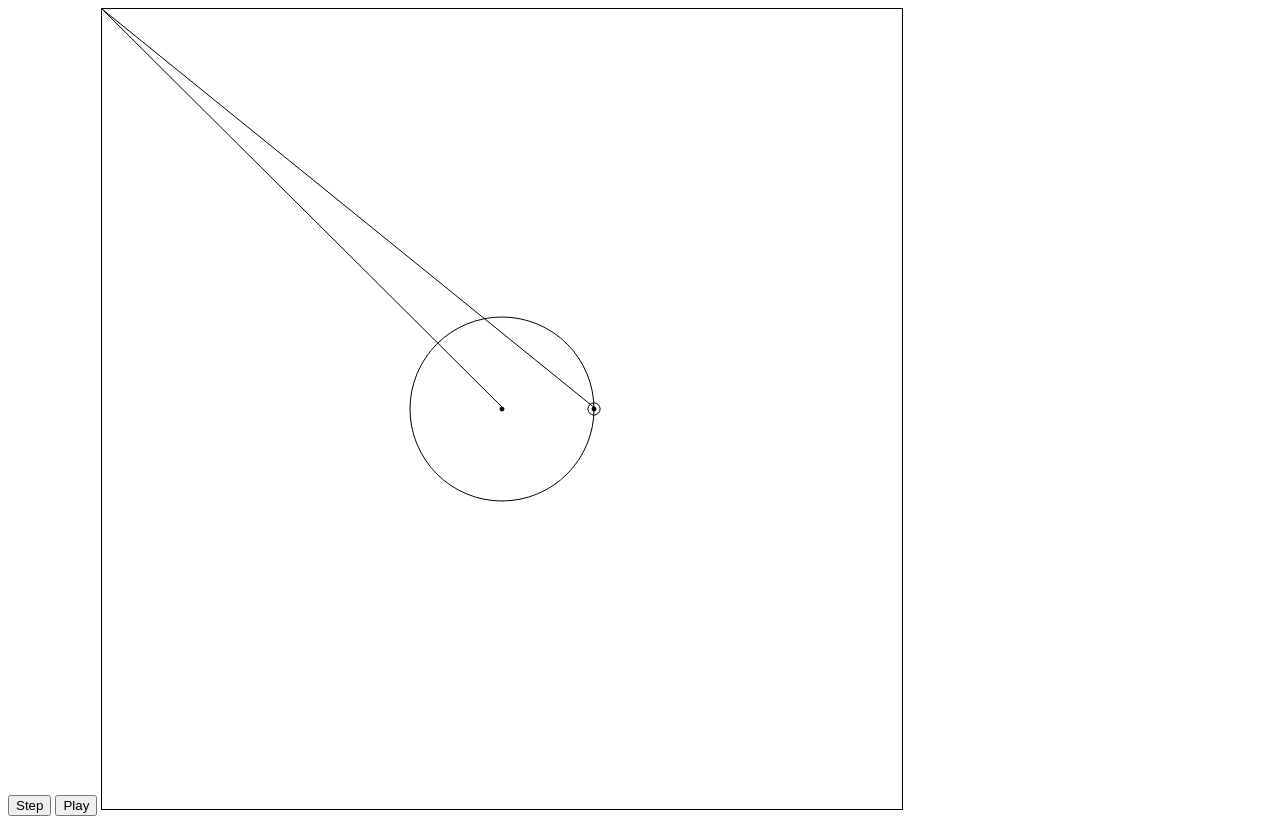
Repository: blahnikkai/n-body-simulation
Page: index.html
An editor plug-in stored every save of this project. The page is shown before and after a run of saves, followed by the edit.
The browser window is 1280 px wide. The pictures show the whole page.

Above is the page before, as saved 2024-02-22 16:13:32.

### index.html
<!DOCTYPE html>
<html lang="en">
    <head>
        <meta charset="UTF-8" />
        <meta name="viewport" content="width=device-width, initial-scale=1.0" />
        <title>Document</title>
        <link rel="stylesheet" href="styles.css">
        <script src="script.js" defer></script>
    </head>
    <body>
        <button id="step">Step</button>
        <button id="play">Play</button>
        <canvas id="canvas" width="800" height="800">
    </body>
</html>

### styles.css
canvas {
    background-color: white;
    border: 1px solid black;
}

html {
    background-color: white;
}

### script.js
const G = 6.67e-11
const DIST_SCALE = 1000000
const TIME_SCALE = 5
const FRAMERATE = 60

class Vector {
    constructor(x, y) {
        this.x = x
        this.y = y
    }
}

function norm(vec) {
    return Math.hypot(vec.x, vec.y)
}

function add(vec1, vec2) {
    return new Vector(vec1.x + vec2.x, vec1.y + vec2.y)
}

function scale(scalar, vec) {
    return new Vector(scalar * vec.x, scalar * vec.y)
}

function sub(vec1, vec2) {
    return add(vec1, scale(-1, vec2))
}

function dist(vec1, vec2) {
    return norm(sub(vec1, vec2))
}

class Body {

    constructor(mass, pos, vel) {
        this.mass = mass
        this.pos = pos
        this.vel = vel
        this.acc = new Vector(0, 0)
    }

    integrate() {
        // do i need "this."
        // console.log('starting integrate')
        // console.log(`vel = ${this.vel}`)
        // console.log(`pos = ${this.pos}`)
        this.vel = add(this.vel, scale(TIME_SCALE / FRAMERATE, this.acc))
        this.pos = add(this.pos, scale(TIME_SCALE / FRAMERATE, this.vel))
        // console.log('ending integrate')
        // console.log(`vel = ${this.vel}`)
        // console.log(`pos = ${this.pos}`)
    }

    interact(body2) {
        const d = dist(this.pos, body2.pos)
        const acc_mag = G * body2.mass / Math.pow(d, 2)
        const diff = sub(body2.pos, this.pos)
        // console.log(`in interact, diff = `)
        // console.log(diff)
        const unit = scale(1 / norm(diff), diff)
        const acc = scale(acc_mag, unit)
        this.acc = add(this.acc, acc)
    }
}

function main() {
    canvas = document.getElementById('canvas')
    const ctx = canvas.getContext('2d')
    let bodies = []
    let pause = true
    // sun
    bodies.push(new Body(1.99e33, new Vector(400 * DIST_SCALE, 400 * DIST_SCALE), new Vector(0, 0)))
    // earth
    // const v_earth = -37983549.0706
    bodies.push(new Body(5.97e29, new Vector((400 + 92) * DIST_SCALE, 400 * DIST_SCALE), new Vector(0, -37983549.0706)))
    // moon ?!
    // bodies.push(new Body(7.35e22, new Vector((400 + 92 - 6.1) * DIST_SCALE, 400 * DIST_SCALE), new Vector(0, -37983549.0706 - 1.5 * 2555031)))
    canvas.addEventListener('click', (e) => {
        const rect = e.target.getBoundingClientRect()
        const x = e.clientX - rect.left
        const y = e.clientY - rect.top
        const body = new Body(1_000_000, new Vector(DIST_SCALE * x, DIST_SCALE * y), new Vector(0, 0))
        console.log('clicked')
        bodies.push(body)
    })
    const step = () => {
        for(let i = 0; i < bodies.length; ++i) {
            bodies[i].acc = new Vector(0, 0)
        }
        for(let i = 0; i < bodies.length; ++i) {
            for(let j = i + 1; j < bodies.length; ++j) {
                bodies[i].interact(bodies[j])
                bodies[j].interact(bodies[i])
            }
        }
        for(let i = 0; i < bodies.length; ++i) {
            bodies[i].integrate()
        }
        if(!pause) {
            setTimeout(step, 1000 / FRAMERATE)
        }
    }
    const render = () => {
        ctx.clearRect(0, 0, canvas.width, canvas.height)
        ctx.beginPath()
        ctx.arc(400, 400, 92, 0, 2 * Math.PI)
        ctx.stroke()
        for(let i = 0; i < bodies.length; ++i) {
            ctx.beginPath()
            ctx.arc(bodies[i].pos.x / DIST_SCALE, bodies[i].pos.y / DIST_SCALE, 2, 0, 2 * Math.PI)
            ctx.fill()
            ctx.lineTo(0, 0)
            ctx.stroke()
            // console.log('drawing')
            // console.log(bodies)
            // console.log(bodies[i].pos.x)
            // console.log(bodies[i].pos.y)
        }
        ctx.beginPath()
        ctx.arc(bodies[1].pos.x / DIST_SCALE, bodies[1].pos.y / DIST_SCALE, 6.1, 0, 2 * Math.PI)
        ctx.stroke()
        // setTimeout(render, 1000 / FRAMERATE)
        window.requestAnimationFrame(render)
    }
    render()
    const step_btn = document.getElementById('step')
    const play_btn = document.getElementById('play')
    step_btn.addEventListener('click', () => {
        if(pause) {
            step()
        }
    })
    play_btn.addEventListener('click', () => {
        console.log('playing')
        pause = !pause;
        if(!pause) {
            step()
        }
    })
}

main()

After the next 3 saves:
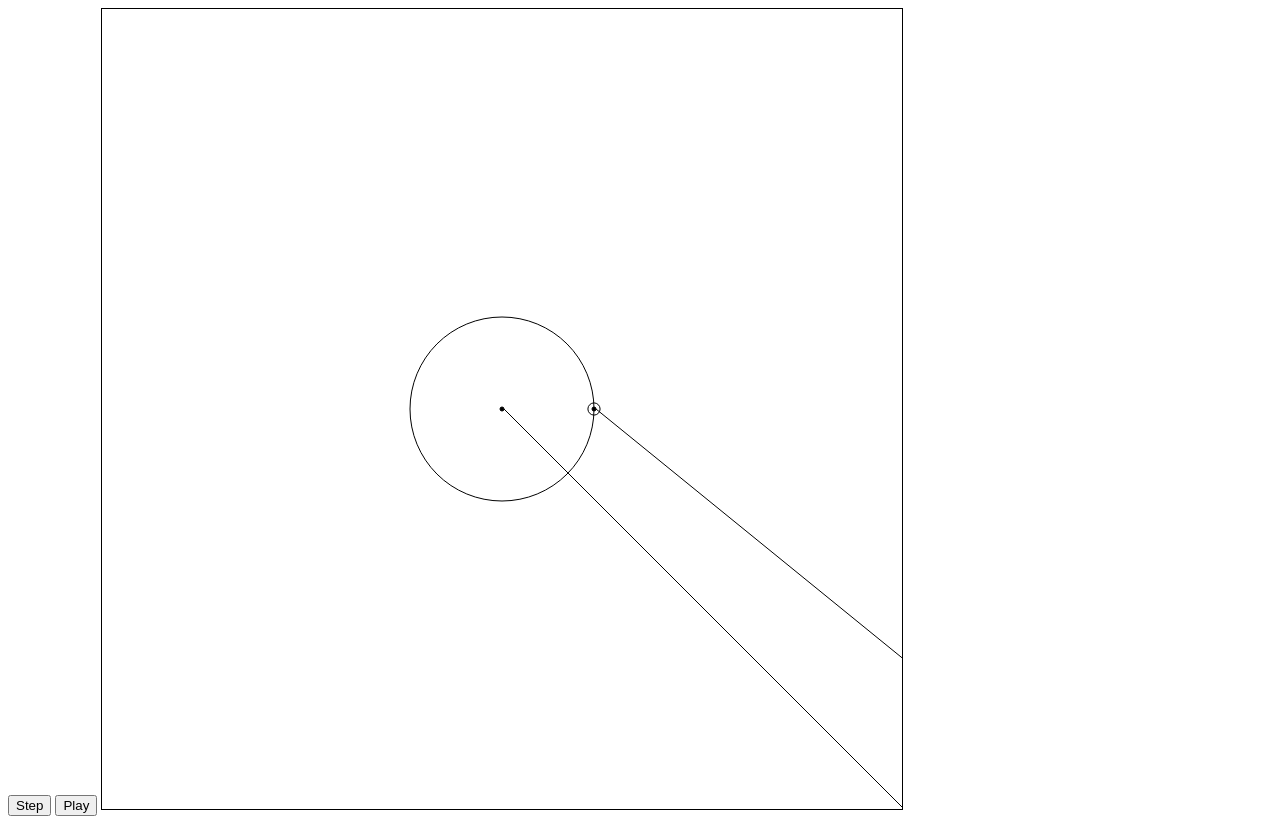
The 3 saves are shown as one change because they came seconds apart.
The last was saved 56 s later.
--- a/script.js
+++ b/script.js
@@ -109,7 +109,8 @@ function main() {
             ctx.beginPath()
             ctx.arc(bodies[i].pos.x / DIST_SCALE, bodies[i].pos.y / DIST_SCALE, 2, 0, 2 * Math.PI)
             ctx.fill()
-            ctx.lineTo(0, 0)
+
+            ctx.lineTo(bodies[i].pos.x, bodies[i].pos.y)
             ctx.stroke()
             // console.log('drawing')
             // console.log(bodies)
